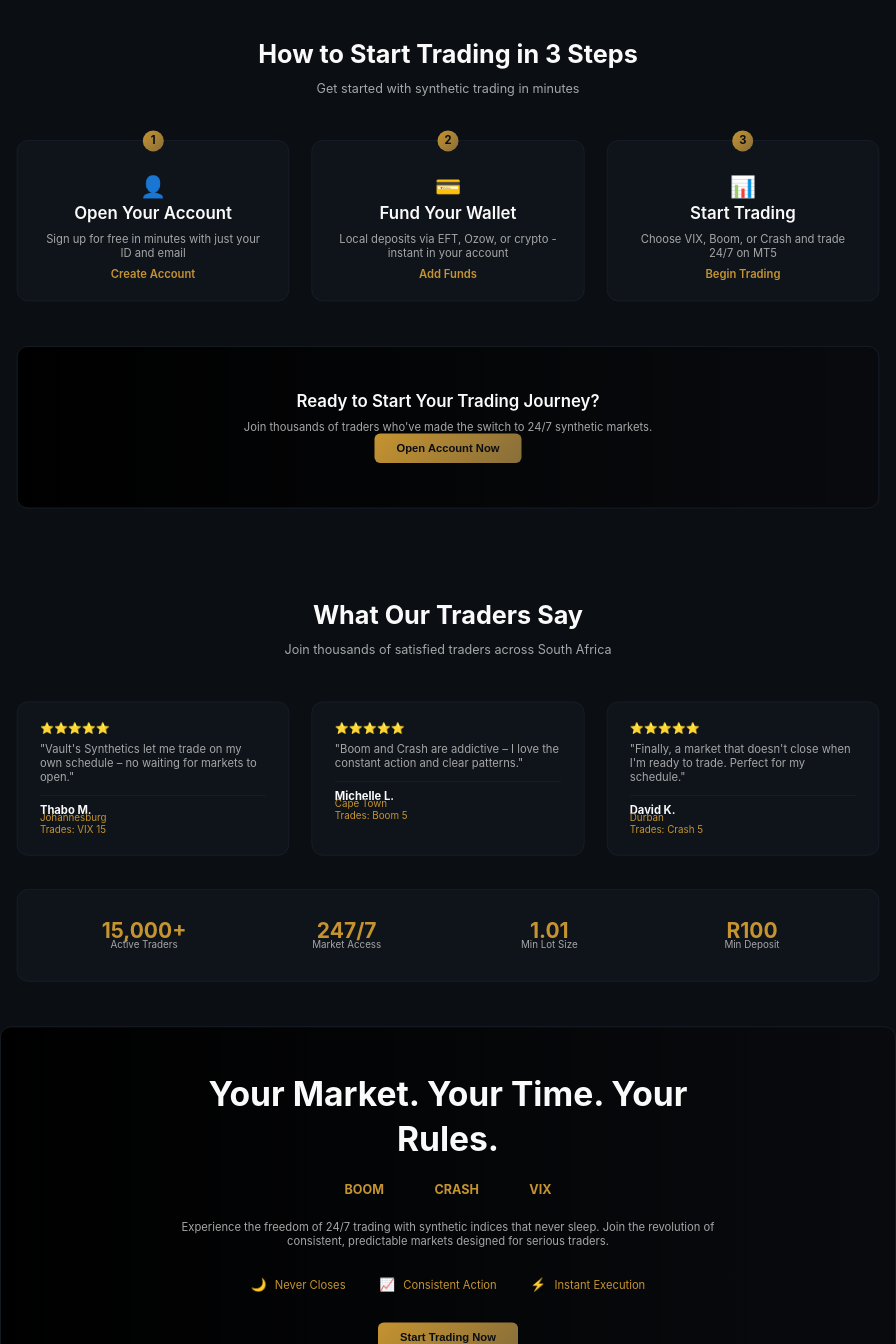
Repository: Jacques-Jaki-Morkel/VaultMarkets_Synthetics
Page: wp-copy/index.HTML
These files come from the project's save history. The page is drawn as it stood at one moment and after the next save; the edit follows.
The browser window is 1280 px wide. The pictures show the part of the page from y = 2536 to 4456 px (the page is 4643 px tall before and 4689 px after), at 70% of full size.

Above is the page before, as saved 2025-08-01 14:21:07.

After the next save:
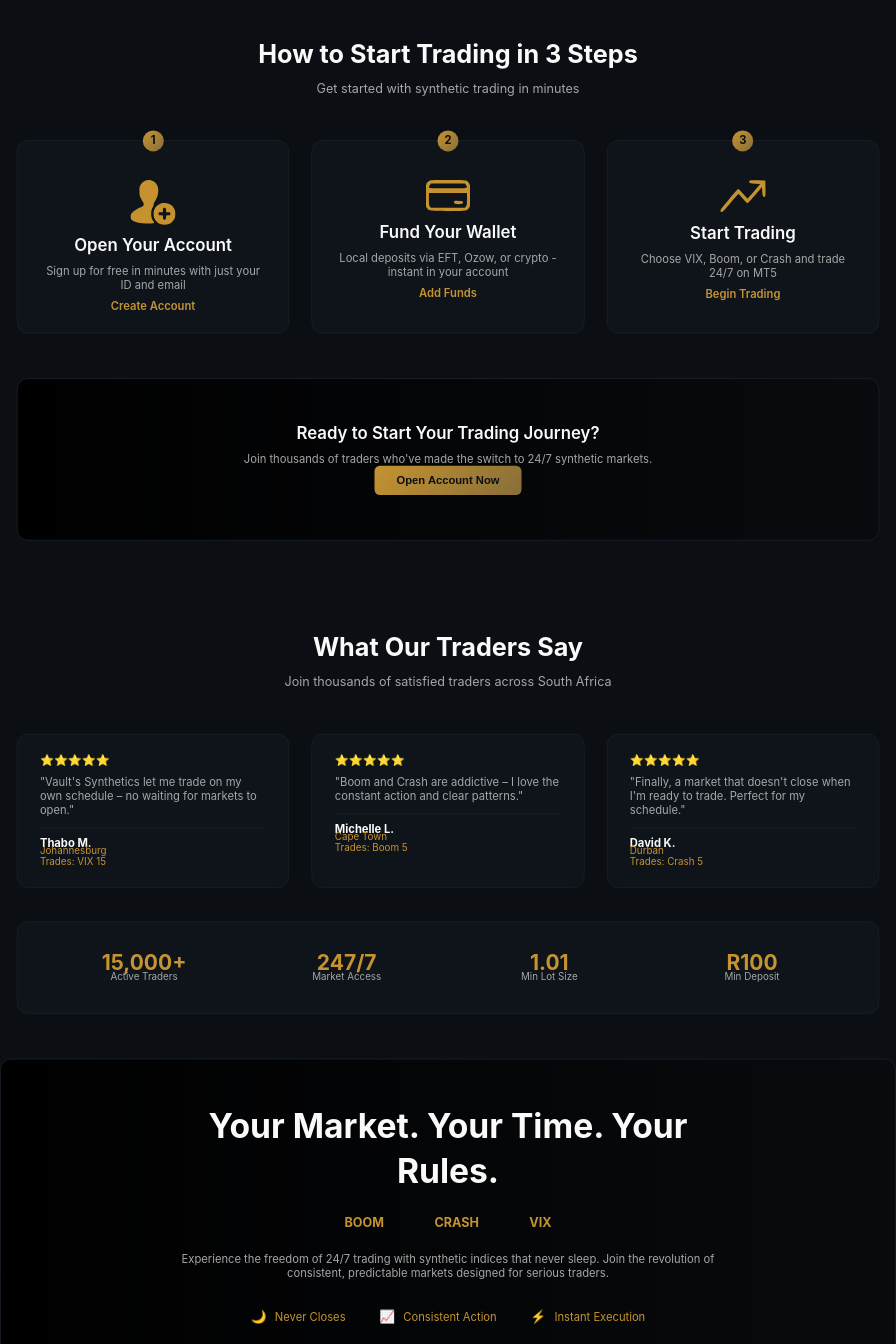
Saved 6 min 24 s later.
--- a/wp-copy/index.HTML
+++ b/wp-copy/index.HTML
@@ -181,7 +181,7 @@
             <div class="vm-steps-grid">
                 <div class="vm-step">
                     <div class="vm-step-number">1</div>
-                    <div class="vm-step-icon">👤</div>
+                    <div class="vm-step-icon"><img class="icons-size" src="/assets/Icons/open-account.svg"></div>
                     <h3>Open Your Account</h3>
                     <p>Sign up for free in minutes with just your ID and email</p>
                     <span class="vm-step-action">Create Account</span>
@@ -189,7 +189,7 @@
 
                 <div class="vm-step">
                     <div class="vm-step-number">2</div>
-                    <div class="vm-step-icon">💳</div>
+                    <div class="vm-step-icon"><img class="icons-size" src="/assets/Icons/fund-wallet.svg"></div>
                     <h3>Fund Your Wallet</h3>
                     <p>Local deposits via EFT, Ozow, or crypto - instant in your account</p>
                     <span class="vm-step-action">Add Funds</span>
@@ -197,7 +197,7 @@
 
                 <div class="vm-step">
                     <div class="vm-step-number">3</div>
-                    <div class="vm-step-icon">📊</div>
+                    <div class="vm-step-icon"><img class="icons-size" src="/assets/Icons/start-trading.svg"></div>
                     <h3>Start Trading</h3>
                     <p>Choose VIX, Boom, or Crash and trade 24/7 on MT5</p>
                     <span class="vm-step-action">Begin Trading</span>
